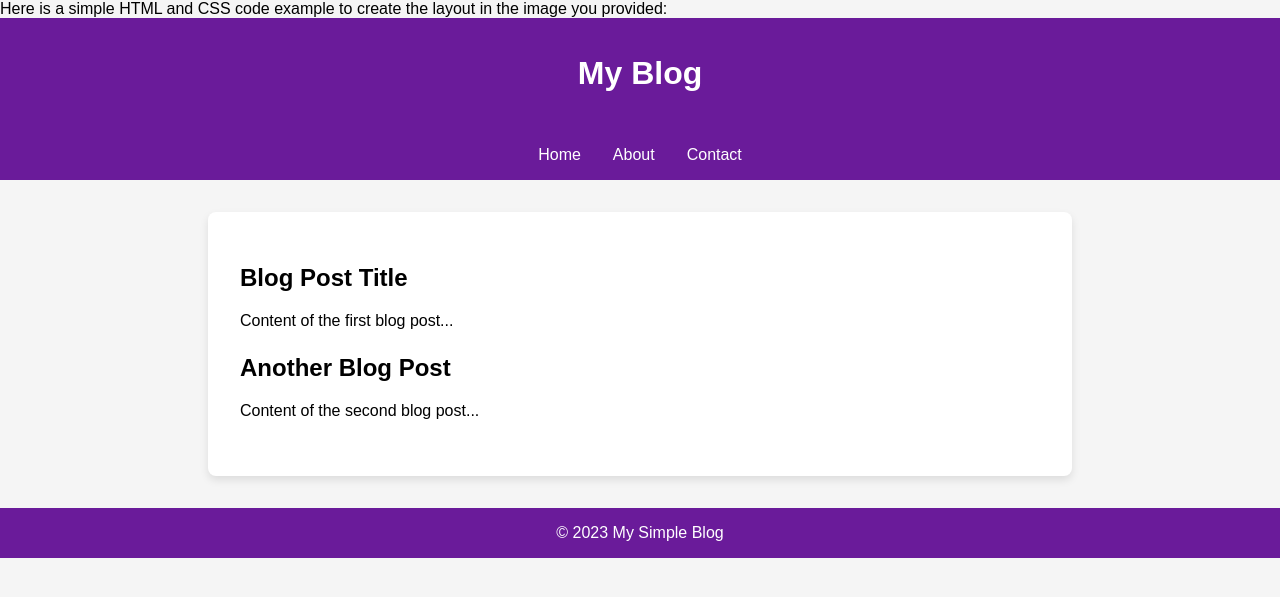
Repository: Femi007-gh/BLOG
Page: index.html
The author's editor kept a copy of each file at every save. The page is drawn from the files as they stood at one save, then again after the next save.
The browser window is 1280 px wide. The pictures show the whole page.

Above is the page before, as saved 2025-01-08 08:43:34.

### index.html
Here is a simple HTML and CSS code example to create the layout in the image you provided:

<!DOCTYPE html>
<html lang="en">
<head>
  <meta charset="UTF-8">
  <meta name="viewport" content="width=device-width, initial-scale=1.0">
  <title>My Blog</title>
  <style>
    body {
      margin: 0;
      font-family: Arial, sans-serif;
      background-color: #f5f5f5;
    }

    header {
      background-color: #6a1b9a;
      color: white;
      text-align: center;
      padding: 1rem;
    }

    nav {
      display: flex;
      justify-content: center;
      background-color: #6a1b9a;
    }

    nav a {
      color: white;
      text-decoration: none;
      padding: 1rem;
    }

    nav a:hover {
      background-color: #4a148c;
    }

    .container {
      margin: 2rem auto;
      max-width: 800px;
      background-color: white;
      border-radius: 8px;
      padding: 2rem;
      box-shadow: 0 4px 8px rgba(0, 0, 0, 0.1);
    }

    .blog-post {
      margin-bottom: 1.5rem;
    }

    footer {
      background-color: #6a1b9a;
      color: white;
      text-align: center;
      padding: 1rem 0;
      margin-top: 2rem;
    }
  </style>
</head>
<body>
  <header>
    <h1>My Blog</h1>
  </header>
  <nav>
    <a href="#home">Home</a>
    <a href="#about">About</a>
    <a href="#contact">Contact</a>
  </nav>
  <div class="container">
    <div class="blog-post">
      <h2>Blog Post Title</h2>
      <p>Content of the first blog post...</p>
    </div>
    <div class="blog-post">
      <h2>Another Blog Post</h2>
      <p>Content of the second blog post...</p>
    </div>
  </div>
  <footer>
    &copy; 2023 My Simple Blog
  </footer>
</body>
</html>

After the next save:
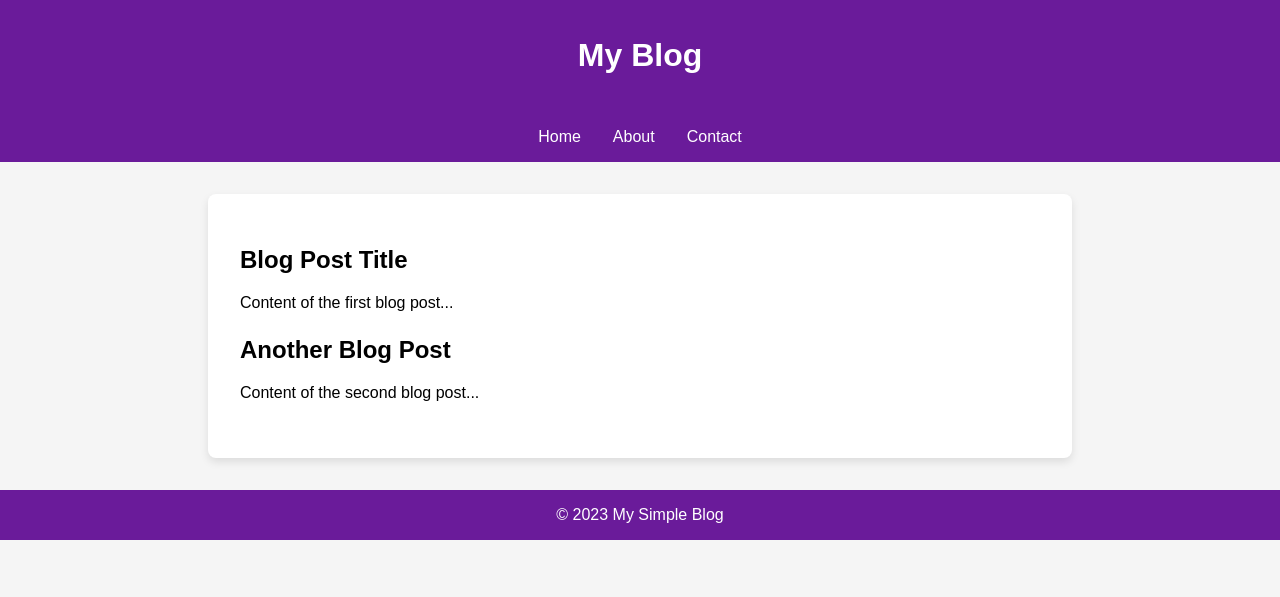
Saved 42 s later.
--- a/index.html
+++ b/index.html
@@ -1,4 +1,3 @@
-Here is a simple HTML and CSS code example to create the layout in the image you provided:
 
 <!DOCTYPE html>
 <html lang="en">
